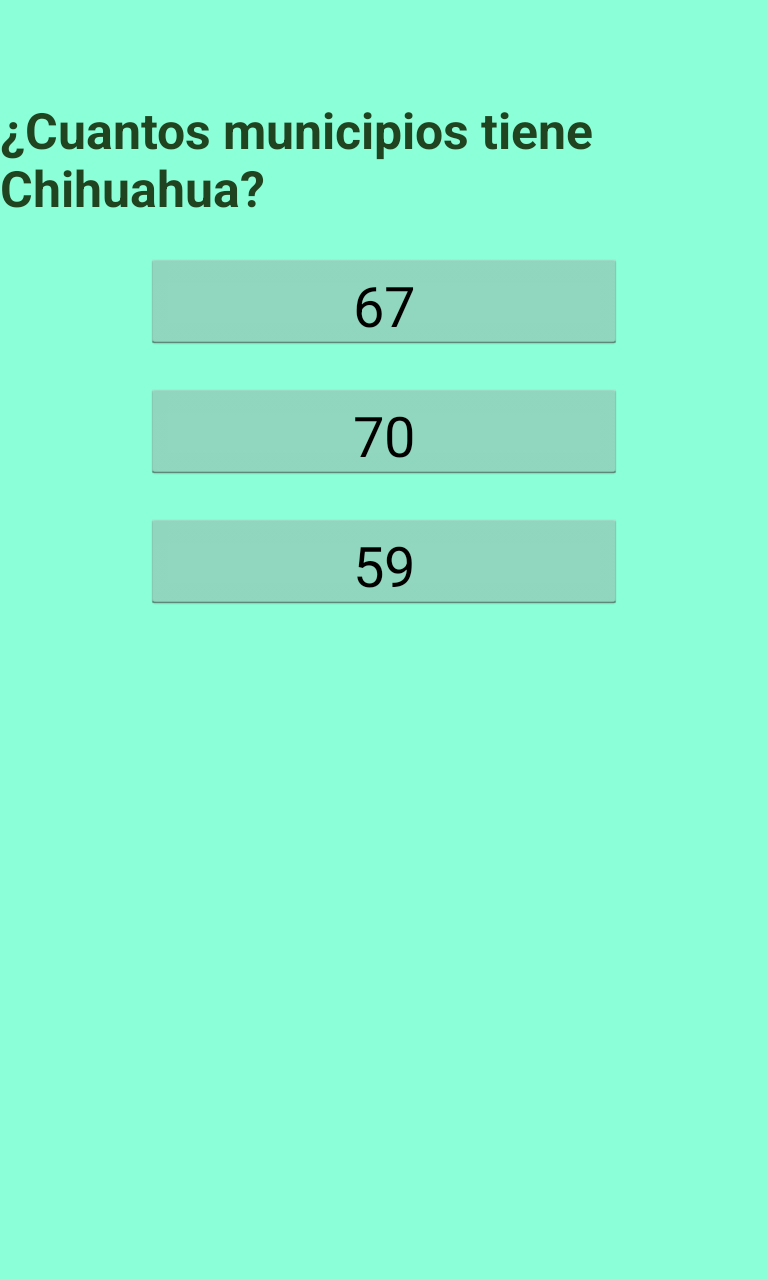
Repository: lainodHO/Proyectos-Moviles
Layout: Adventure/res/layout/activity_portada.xml
These files come from the project's save history. The layout is drawn as it stood at one moment and after the next save; the edit follows.
It is drawn on a 768 x 1280 px phone screen (xhdpi) without system bars, with theme AppTheme; the app's code is not run.

Above is the layout before, as saved 2019-04-06 00:17:22.

### Adventure/res/layout/activity_portada.xml
<LinearLayout xmlns:android="http://schemas.android.com/apk/res/android"
    android:layout_width="fill_parent"
    android:layout_height="fill_parent"
        android:background="#8BFFD8"
    android:orientation="vertical" >
        <TextView
        android:id="@+id/textView1"
        android:layout_width="wrap_content"
        android:layout_height="wrap_content"
        android:layout_alignParentTop="true"
        android:layout_centerHorizontal="true"
        android:layout_marginTop="48dp"
        android:layout_gravity="center"
        android:text="¿Cuantos municipios tiene   Chihuahua?"
        android:textColor="#204420"
        android:textSize="25dp"
        android:textStyle="bold" />

                    <Button
        android:layout_width="240dp"
        android:layout_height="50dp"
        android:layout_marginTop="15dp"
        android:text="67"
        android:layout_gravity="center"
        android:textSize="28dp"
        android:gravity="center"
        android:onClick="pasaral2"/>

                   <Button
        android:layout_width="240dp"
        android:layout_height="50dp"
        android:layout_marginTop="15dp"
        android:text="70"
        android:layout_gravity="center"
        android:textSize="28dp"
        android:gravity="center"
        android:onClick="pasaral3"/>

                                <Button
        android:layout_width="240dp"
        android:layout_height="50dp"
        android:layout_marginTop="15dp"
        android:text="59"
        android:layout_gravity="center"
        android:textSize="28dp"
        android:gravity="center"
        android:onClick="pasaral4"/>


</LinearLayout>

Loaded but not shown: Adventure/res/values/styles.xml (common file); Adventure/res/values-v11/styles.xml (common file); Adventure/res/values-v14/styles.xml (common file)

After the next save:
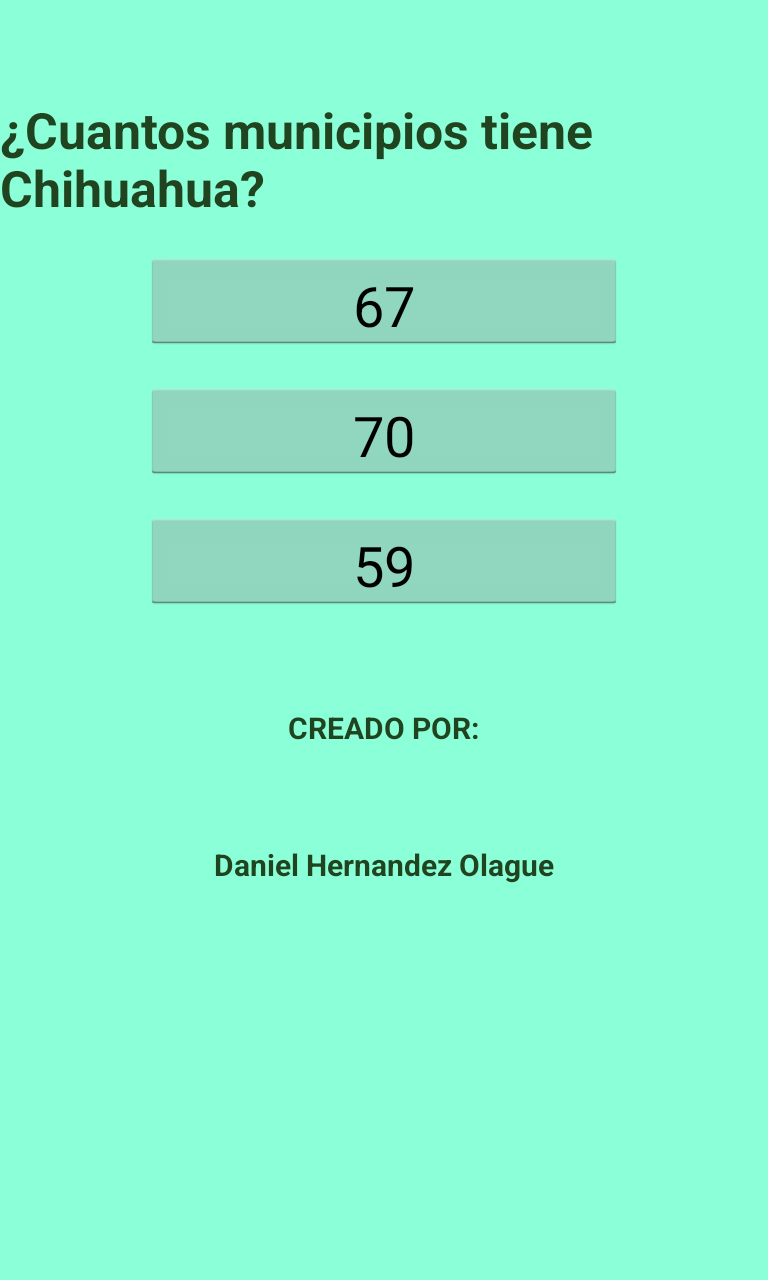
Saved 3 min 56 s later.
--- a/Adventure/res/layout/activity_portada.xml
+++ b/Adventure/res/layout/activity_portada.xml
@@ -45,6 +45,30 @@
         android:textSize="28dp"
         android:gravity="center"
         android:onClick="pasaral4"/>
+                                       <TextView
+        android:id="@+id/textView1"
+        android:layout_width="wrap_content"
+        android:layout_height="wrap_content"
+        android:layout_alignParentTop="true"
+        android:layout_centerHorizontal="true"
+        android:layout_marginTop="48dp"
+        android:layout_gravity="center"
+        android:text="CREADO POR:"
+        android:textColor="#204420"
+        android:textSize="15dp"
+        android:textStyle="bold" />
 
+                                                                     <TextView
+        android:id="@+id/textView1"
+        android:layout_width="wrap_content"
+        android:layout_height="wrap_content"
+        android:layout_alignParentTop="true"
+        android:layout_centerHorizontal="true"
+        android:layout_marginTop="48dp"
+        android:layout_gravity="center"
+        android:text="Daniel Hernandez Olague"
+        android:textColor="#204420"
+        android:textSize="15dp"
+        android:textStyle="bold" />
 
 </LinearLayout>
